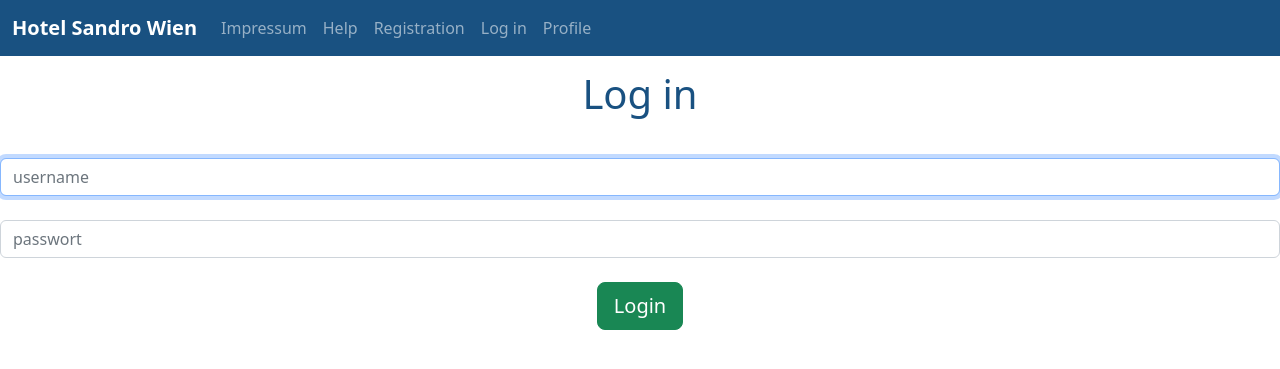
Repository: TIS0N/Hotel_Sandro
Page: http://localhost/pages/login.php
These files come from the project's save history. The page is drawn as it stood at one moment and after the next save; the edit follows.
The browser window is 1280 px wide. The pictures show the whole page.
The page is run by PHP 8.4 with error messages shown; the project is at /var/www/html/.

Above is the page before, as saved 2023-01-13 00:14:42.

### pages/login.php
<?php
session_start();
?>
<!DOCTYPE html>
<html lang="en">
<head>
    <meta charset="UTF-8">
    <meta http-equiv="X-UA-Compatible" content="IE=edge">
    <meta name="viewport" content="width=device-width, initial-scale=1.0">
    <link href="https://cdn.jsdelivr.net/npm/bootstrap@5.2.2/dist/css/bootstrap.min.css" rel="stylesheet" integrity="sha384-Zenh87qX5JnK2Jl0vWa8Ck2rdkQ2Bzep5IDxbcnCeuOxjzrPF/et3URy9Bv1WTRi" crossorigin="anonymous">
    <script src="https://cdn.jsdelivr.net/npm/bootstrap@5.2.2/dist/js/bootstrap.bundle.min.js" integrity="sha384-OERcA2EqjJCMA+/3y+gxIOqMEjwtxJY7qPCqsdltbNJuaOe923+mo//f6V8Qbsw3" crossorigin="anonymous"></script>
    <link rel="stylesheet" href="../res/css/stylesheet.css">
    <title>Hotel Sandro Wien - Log In</title>
</head>
<body id="body">

<?php
include "../inc/navigation.php";
include "./footer.php";
?>

    <h1>Log in</h1><br>

<form role="form" action="" method="post">
        <h5 class="text-center"></h5>
        <input type="username" class="form-control" name="username" placeholder="username" required autofocus></br>
        <input type="password" class="form-control" name="password" placeholder="passwort" required><br>
        <button class="btn btn-lg btn-success btn-block" type="submit" name="login">Login</button>
    </form>



    <?php

    if ($_SERVER["REQUEST_METHOD"] == "POST"){
        if(empty($_POST["username"])){
            echo "Username is required!";
        }elseif(empty($_POST["password"])){
            echo "Password is required!";
        }
        else{
            if($username1 !== $_SESSION["username1"]){
                echo "Wrong username!";
            }elseif($password1 !== $_SESSION["password1"]){
                echo "Wrong password!";
            }else{
                echo "Login successful!";
                header("refresh: 1; URL = profile.php");
            }
        }
    }


    ?>

</body>
</html>

### inc/navigation.php
<?php
    if(file_exists("./index.php")){
        $includePath = ".";
    }
    else{
        $includePath = "..";
    }
?>

<div id="navBar">
        <nav class="navbar fixed-top navbar-expand-lg navbar-dark" style="background-color: #195181;">
            <div class="container-fluid">
                <a class="navbar-brand" href= <?php echo "$includePath/index.php"?> style="color: rgb(255, 255, 255);"><strong>Hotel Sandro Wien</strong></a>
                <button class="navbar-toggler" type="button" data-bs-toggle="collapse" data-bs-target="#navbarNav" aria-controls="navbarNav" aria-expanded="false" aria-label="Toggle navigation">
                    <span class="navbar-toggler-icon"></span>
                </button>
                <div class="collapse navbar-collapse" id="navbarNav">
                    <ul class="navbar-nav">
                        <li class="nav-item">
                            <a class="nav-link"href= <?php echo "$includePath/pages/impressum.php"?> class="navbar-brand">Impressum</a>
                        </li>
                        <li class="nav-item">
                            <a class="nav-link" href=<?php echo "$includePath/pages/help.php"?> class="navbar-brand">Help</a>
                        </li>
                        <li class="nav-item">
                            <a class="nav-link" href=<?php echo "$includePath/pages/registration.php"?> class="navbar-brand">Registration</a>
                        </li>
                        <li class="nav-item">
                            <a class="nav-link" href=<?php echo "$includePath/pages/login.php"?> class="navbar-brand">Log in</a>
                        </li>
                        <li class="nav-item">
                            <a class="nav-link" href=<?php echo "$includePath/inc/profile.php"?> class="navbar-brand">Profile</a>
                        </li>

                    </ul>
                </div>
            </div>
        </nav>
    </div>

### pages/footer.php
<footer class="bg text-white text-center justify-content-center fixed-bottom" style="color:#195181;">
      <div class="container">
        <p class="lead">Copyright &copy; 2022 Hotel Sandro Wien</p>

        <a href="index.php" class="position-absolute bottom-0 end-0 p-5">
          <i class="bi bi-arrow-up-circle h1"></i>
        </a>
      </div>
    </footer>

### res/css/stylesheet.css
body{
    /*background-color: rgb(63, 72, 84);*/
    background-color: white;
    color: #195181;
    padding-top: 70px;
    padding-bottom: 70px;
    text-align: center;
    /*font-family: cursive;*/
}

#hotelSandroPhoto{
    width: 600px;
    height: 450px;
}

#formular{
    background-color: #195181;
    /*border-radius: 10px;*/
    border-color: rgb(255, 255, 255);
    border-style: double;
}

After the next save:
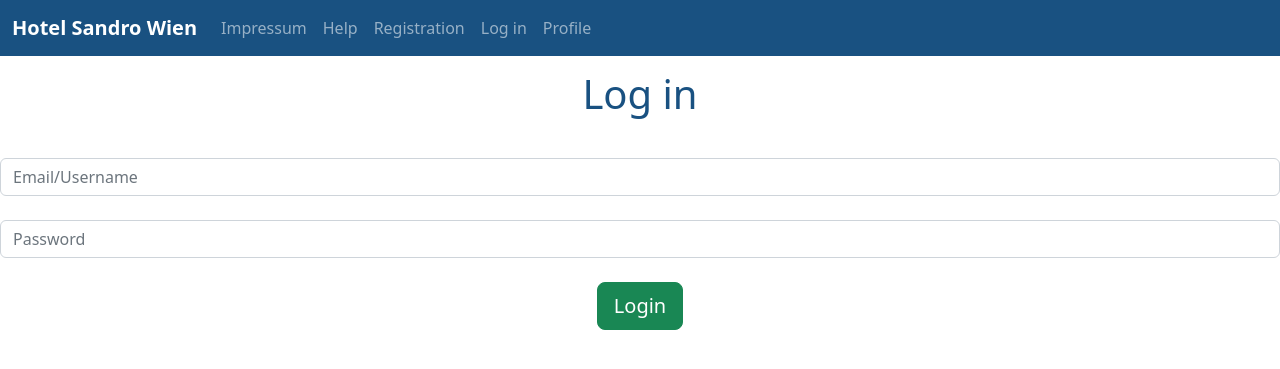
Saved 3 min 46 s later.
--- a/pages/login.php
+++ b/pages/login.php
@@ -18,40 +18,27 @@ session_start();
 include "../inc/navigation.php";
 include "./footer.php";
 ?>
+    <section class="login-form">
+        <h1>Log in</h1><br>
+        <form role="form" action="../inc/login.php" method="post">
+            <h5 class="text-center"></h5>
+            <input type="username" class="form-control" name="usersUid" placeholder="Email/Username"></br>
+            <input type="password" class="form-control" name="pwd" placeholder="Password"><br>
+            <button class="btn btn-lg btn-success btn-block" type="submit" name="login">Login</button>
+        </form>
 
-    <h1>Log in</h1><br>
+        <?php
+                if(isset($_GET["error"])){
+                    if($_GET["error"] == "emptyinput"){
+                        echo "<p>Fill in all fields</p>";
+                    }
+                    else if($_GET["error"] == "wronglogin"){
+                        echo "<p>Incorrect login information!</p>";
+                    }
+                }
+            ?>
 
-<form role="form" action="" method="post">
-        <h5 class="text-center"></h5>
-        <input type="username" class="form-control" name="username" placeholder="username" required autofocus></br>
-        <input type="password" class="form-control" name="password" placeholder="passwort" required><br>
-        <button class="btn btn-lg btn-success btn-block" type="submit" name="login">Login</button>
-    </form>
-
-
-
-    <?php
-
-    if ($_SERVER["REQUEST_METHOD"] == "POST"){
-        if(empty($_POST["username"])){
-            echo "Username is required!";
-        }elseif(empty($_POST["password"])){
-            echo "Password is required!";
-        }
-        else{
-            if($username1 !== $_SESSION["username1"]){
-                echo "Wrong username!";
-            }elseif($password1 !== $_SESSION["password1"]){
-                echo "Wrong password!";
-            }else{
-                echo "Login successful!";
-                header("refresh: 1; URL = profile.php");
-            }
-        }
-    }
-
-
-    ?>
+    </section>
 
 </body>
 </html>
